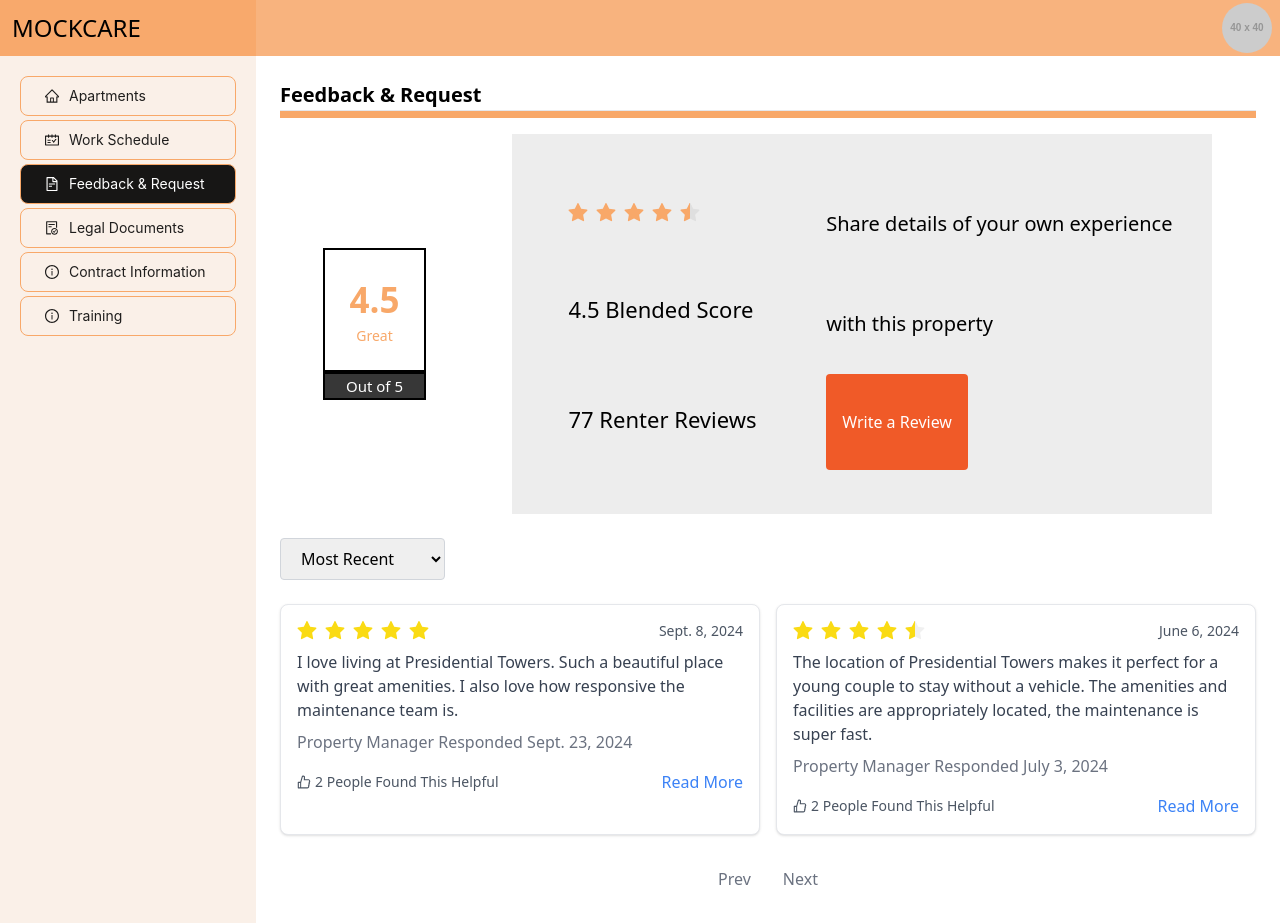
Repository: dunh-real/MockProject_102024_Nhom4
Page: / (app in frontend/)
An editor plug-in stored every save of this project. The page is shown before and after the next save, followed by the edit.
The browser window is 1280 px wide. The pictures show the whole page.
The project was rebuilt for these pictures with package versions that can differ from the ones it lists, and the page was loaded fresh each time. Also part of the build but not shown: frontend/vite.config.js, frontend/vite.config.ts, frontend/src/App.css, frontend/src/component/ReviewModal.tsx.

Above is the page before, as saved 2024-10-09 13:29:18.

After the next save:
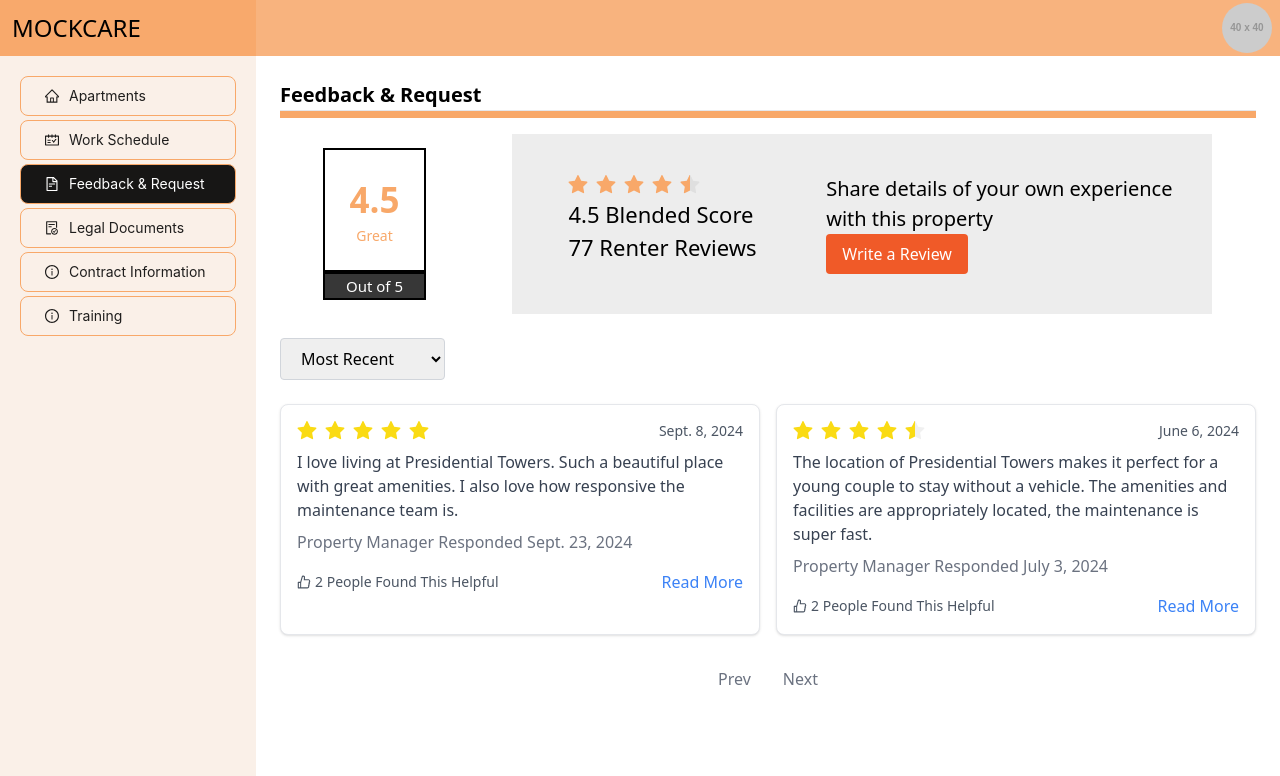
Saved 8 s later.
--- a/frontend/src/pages/Feedback&Request/Feedback&Request.tsx
+++ b/frontend/src/pages/Feedback&Request/Feedback&Request.tsx
@@ -76,7 +76,7 @@ const ReviewList: React.FC = () => {
                             </div>
                         </div>
                         <div className='bg-[#d9d9d97b] flex justify-between'
-                         style={{ width: '100%', maxWidth: '700px', padding:40, lineHeight:5}}
+                         style={{ width: '100%', maxWidth: '700px', padding:40}}
                         >
                             <div className="ml-4 ">
                                 <Rate allowHalf defaultValue={4.5} disabled style={{color:'#F8A869'}} />
